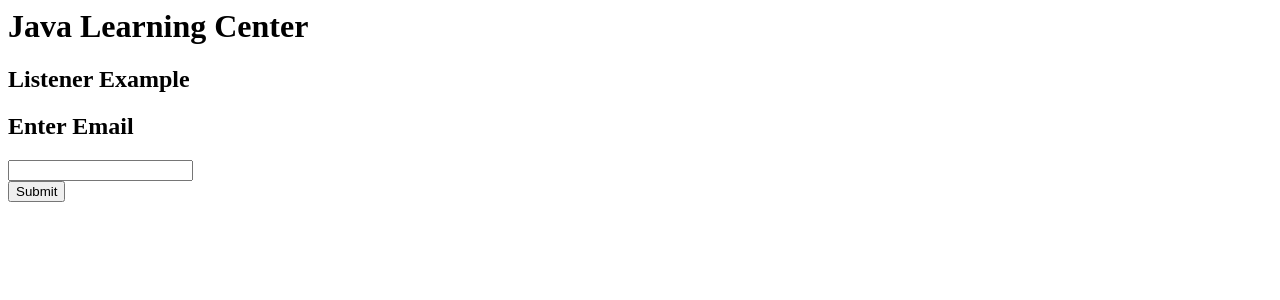
Repository: kuldeepyadav908/Java_Servlet
Page: http://localhost/Lab23/
These files come from the project's save history. The page is drawn as it stood at one moment and after the next save; the edit follows.
The browser window is 1280 px wide. The pictures show the whole page.
The page is served by Tomcat 9.

Above is the page before, as saved 2016-11-24 16:22:38.

After the next save:
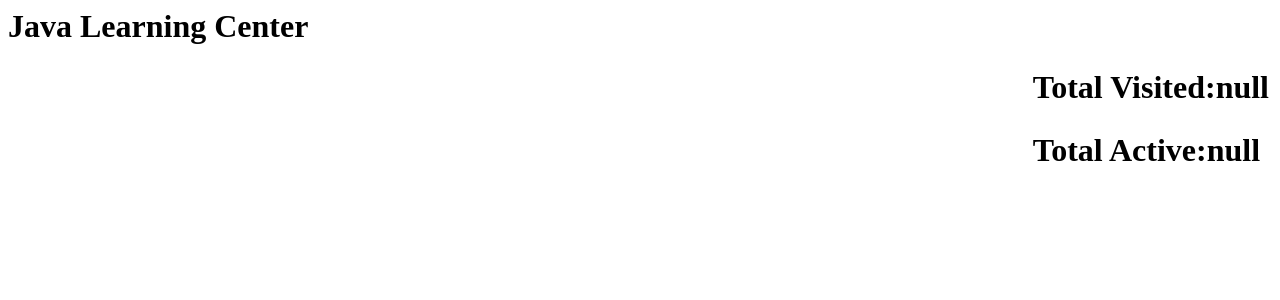
Saved 8 min 18 s later.
--- a/Lab23/WebContent/index.jsp
+++ b/Lab23/WebContent/index.jsp
@@ -1,12 +1,18 @@
 <html>
 	<body>
 		<h1>Java Learning Center</h1>
-		<h2>Listener Example</h2>
-		<form action="test.jlc" method="post">
-			<h2>Enter Email</h2>
-			<input type="text" name="email"/>
-			<br/>
-			<input type="submit" name="Submit"/>
-		</form>
+		<table align="right">
+			<tr>
+				<td>
+					<h1>Total Visited:<%=application.getAttribute("TV") %></h1>
+				</td>
+			</tr>
+
+			<tr>
+				<td>
+					<h1>Total Active:<%=application.getAttribute("TA") %></h1>
+				</td>
+			</tr>
+		</table>
 	</body>
 </html>
